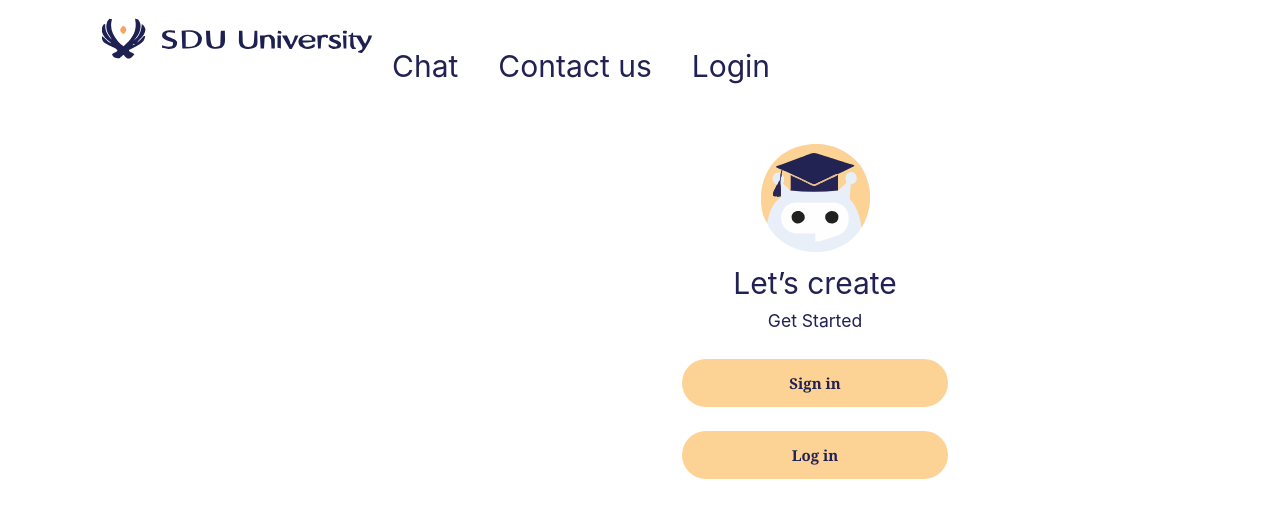
Repository: tolepbekova/Community_v.l
Page: /auth
The author's editor kept a copy of each file at every save. The page is drawn from the files as they stood at one save, then again after the next save.
The browser window is 1280 px wide. The pictures show the whole page.
The project was rebuilt for these pictures with package versions that can differ from the ones it lists, and the page was loaded fresh each time. Also part of the build but not shown: vite.config.js, src/components/HelloWorld.vue, src/views/Login.vue. Imported but missing from the stored project, and not drawn on this page: src/views/Change.vue.

Above is the page before, as saved 2024-05-10 08:54:24.

After the next save:
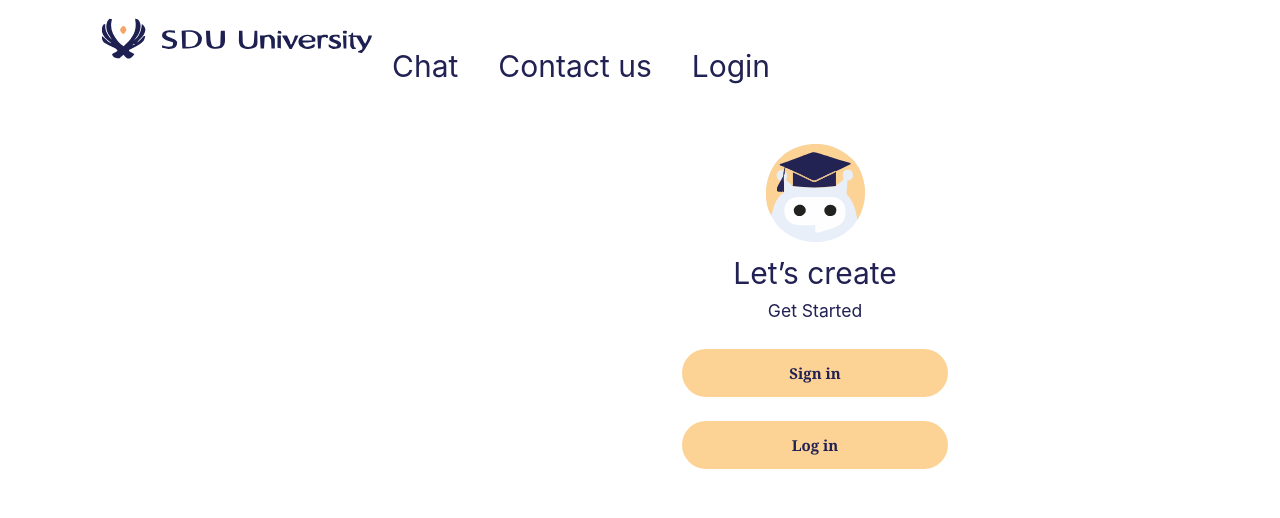
Saved 13 s later.
--- a/src/views/Auth.vue
+++ b/src/views/Auth.vue
@@ -22,7 +22,8 @@
         <div class="abrow">
             <br><br>
             <div class="abcolumn">
-                <img src="../assets/logo/finalicon13_1.svg" alt="Final Icon">
+
+                <img class="final" src="../assets/logo/finalicon13_1.svg" alt="">
             </div>
             <div class="abcolumn">
                 <h1>Let’s create</h1>
